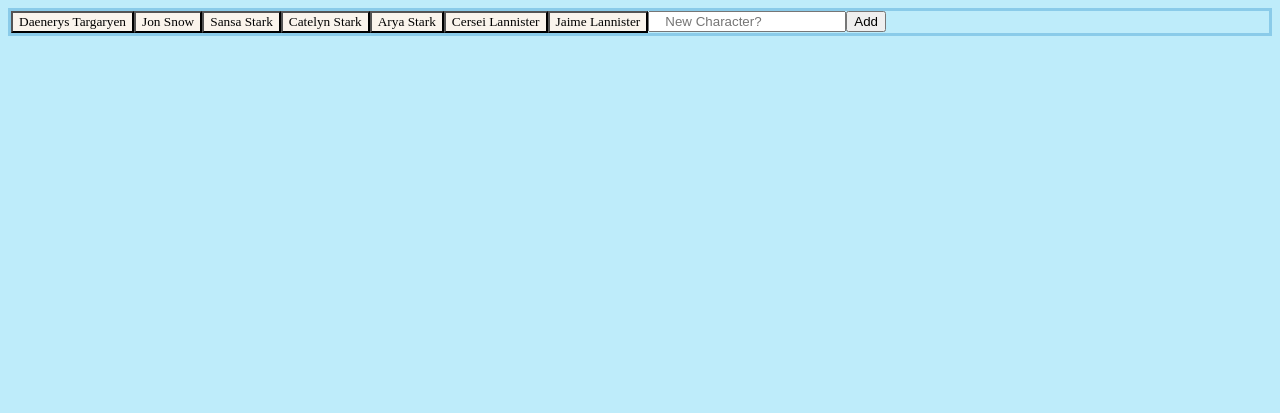
Repository: dsaftler/GifTastic
Page: index.html
These files come from the project's save history. The page is drawn as it stood at one moment and after the next save; the edit follows.
The browser window is 1280 px wide. The pictures show the whole page.
Some web libraries are served in a nearby version.

Above is the page before, as saved 2019-04-20 08:32:04.

### index.html
<!DOCTYPE html>
<html lang="en">
<head>
    <!-- meta tags -->
    <meta http-equiv="content-type" content="text/html; charset=utf-8">
    <meta name="viewport" content="width=device-width, initial-scale=1.0">
    <!-- bootstrap -->

    <!-- custom css -->
    <link rel="stylesheet" href="assets/CSS/style.css" type="text/css">

  <title>GOT Giffy?</title>
</head>
<body>
<div class="container">
  <div class="btnsDiv">
  <div class="getTopic">

    <form role="form">

      <!-- Here we create the text box for capturing the search term-->
      <div class="form-group">
        <label for="search">New Character? </label>
        <input type="text" class="form-control" id="search-term">
      </div>

      <!-- Here we capture the number of records that the user wants to retrieve  -->
      <!-- <div class="form-group">
        <label for="pwd">Number of Imagess to Retrieve:</label>
        <select id="article-count" class="custom-select" aria-labelledby="dropdownMenuButton">
          <option selected value="1">1</option>
          <!-- Setting the option for 5 as default -->
          <!-- <option value="5" selected>5</option>
          <option value="10">10</option>
        </select>
      </div> -->


      <!-- Here we have our final submit button -->
      <button type="submit" class="btn btn-default" id="run-search">
        <i class="fa fa-search"></i> Search</button>

    </form>




  </div>
  <div class="showGifs">

  </div>

  </div>

</div>
<!-- <iframe src="https://giphy.com/embed/26FmPX0RBmzdY2HmM" width="480" height="239" frameBorder="0" class="giphy-embed"
  allowFullScreen></iframe>
<p><a href="https://giphy.com/gifs/gameofthrones-game-of-thrones-hbo-26FmPX0RBmzdY2HmM">via GIPHY</a></p> -->
<!-- bootstrap scripts -->
 <script src="https://cdnjs.cloudflare.com/ajax/libs/jquery/3.2.1/jquery.min.js"></script>
<script src="https://cdnjs.cloudflare.com/ajax/libs/popper.js/1.14.7/umd/popper.min.js"
  integrity="sha384-UO2eT0CpHqdSJQ6hJty5KVphtPhzWj9WO1clHTMGa3JDZwrnQq4sF86dIHNDz0W1" crossorigin="anonymous"></script>
<script src="https://stackpath.bootstrapcdn.com/bootstrap/4.3.1/js/bootstrap.min.js"
  integrity="sha384-JjSmVgyd0p3pXB1rRibZUAYoIIy6OrQ6VrjIEaFf/nJGzIxFDsf4x0xIM+B07jRM" crossorigin="anonymous"></script>
<script src="assets/Javascript/app.js"></script>

</body>
</html>

### assets/CSS/style.css
body {
  background-image: "assets/images/ezgif.com-resize.webp";
  background-color: rgb(190, 236, 250);
  font-family: 'Metamorphous',cursive;
  font-size: 16px;

}
.btnsDiv{
  background-color: rgb(190, 236, 250);
  border: 3px solid rgb(138, 203, 233);
}
#newTopic{
  padding-left: 15px;
}
.imgBtn{
  font-family: "Metamorphous";
  font-size: 20 px;
  background-color: rgb(250, 244, 236);
  color: black;

}
.getTopic{
  float: left;
  border: 3px solid purple;
}
.gif{
  padding: 8px;
  margin: 8px;
  border: 8px groove grey;
  background-color:rgb(250, 244, 236);
}
.showGifs{
  border: 4px solid green;
}
.info{
  font-size: 12px;
}
.imgContainer{
  position: relative;
}
.infoText {
  border: 3px solid red;
  position: absolute;
  bottom: 5px;
  background-color: black;
  color: white;
  padding: 4px;
}
.favorites{
  border: 3px solid aquamarine;
}

### assets/Javascript/app.js
var topics = ["Daenerys Targaryen", "Jon Snow", "Sansa Stark", "Catelyn Stark","Arya Stark", "Cersei Lannister", "Jaime Lannister"];
// var topics = ["Jon Snow",  "Arya", "Daenerys"];
var favorites=[];
var topic, newBtn, i, btnId;
var thisImg;
var myTopic;
var nextBatchPt=0
var newTopic
var getNewTopic
// isAdd=false;
//$("button").on("click", getGif());
// $(".getTopic").hide();
$("#getMore").hide();
$(function () {
  createButtons();


});

function createButtons() {
  $(".btnsDiv").empty()
  for (let i=0; i<topics.length; i++) {
    topic=topics[i]
    // btnId ='topicbtn_' + i
    var newBtn = $('<button>' + topic + '</button>')
        .addClass('imgBtn')
        .attr("id",'topicbtn_' + i)
        .attr('onclick', 'getGif(this.textContent,0);')
       $(".btnsDiv").append(newBtn);
    };
    newTopic=$("<input/>").attr({ type: "text", id: "newTopic", placeholder: "New Character?"});

    getNewTopic =$('<button>Add</button>')
      .addClass('addBtn')
      .attr('onclick', 'addTopic($("#newTopic").val().trim());')

    $(".btnsDiv").append(newTopic);
    $(".btnsDiv").append(getNewTopic);
  }
function addTopic(newTopic){
  topics.push(newTopic);
  console.log(topics)
  createButtons();
}
function getGif(thisTopic,batchsize){
 $("#getMore").hide();
 myTopic=thisTopic
 if (batchsize>0){
   nextBatchPt = nextBatchPt+10
 }
  //alert("clicked "+myTopic );
  var queryURL = "http://api.giphy.com/v1/gifs/search?q=" +
    myTopic + "&offset="+nextBatchPt+
    "&api_key=cQ6v8TyEzI3FgHn04lpj1mdBt9i4u5n8&limit=10";
  $.ajax({
    url: queryURL,
    method: "GET"
  })
    .then(function (response) {
      // Storing an array of results in the results variable
      var results = response.data;
    console.log(results);
      showGifs(results,batchsize>0)
  });
};
function showGifs(imgSet,isAdd){

  //console.log(imgSet);
  if (!isAdd===true){
     $(".showGifs").empty();
  }else{
    $("#getMore").remove();
  };

  for (var i = 0; i < imgSet.length; i++) {

    var imgId = 'image_' + [i]
    var  newGif= $('<img />',{
        src:imgSet[i].images.fixed_height_still.url,
        "data-still": imgSet[i].images.fixed_height_still.url,
        "data-animate": imgSet[i].images.fixed_height.url,
        "data-state":"still",
        "data-url": imgSet[i].images.url,
        id:imgId,
        alt: imgSet[i].title,
        title: "Title: " + imgSet[i].title + "  Rating: " + imgSet[i].rating ,
        class: 'gif'});
        // .attr('onclick', 'getGif(this.textContent,0);')
        newGif.attr('onclick', 'changeState(this.id);')
        //#region   --- infoText
    //  newGif.attr('onclick', 'changeState();');
    // //console.log(newGif);
    //    var infoWidth=imgSet[i].images.fixed_height_still.width + 20;
    //    var infoText = $('<p class="infoText" width=infoWidth></p>');
    //    $(".infoText").text("Title: " + imgSet[i].title + '</br>'
    //     +"Rating: " + imgSet[i].rating + '</br>'
    //     + "Height:" + imgSet[i].images.fixed_height_still.height + '</br>'
    //     + "Width:" + imgSet[i].images.fixed_height_still.width+'</br>')
    // $(".info").text(infoText);
    // Setting the src attribute of the image to a property pulled off the result item
    //  console.log(infoText);
      // !the rating should be UNDER the gif
    //$(".gif").wrap("<div class='imgContainer' width=imgSet[i].images.fixed_height_still.width+20></div>")
    //$(".imgContainer").append($(".infoText"))
    //#endregion

    // Appending the paragraph and image tag to the animalDiv
   // $(".showGifs").append($(".imgContainer"));
     $(".showGifs").append(newGif);
    //  $(".showGifs").append(infoText);
    }
  // $('.gif').click(changeState());
    var getMoreBtn = $('<button>Get 10 More ?</button>')
       .attr("id", "getMore")
      .attr('onclick', 'getGif(myTopic,10);')
    $(".showGifs").append(getMoreBtn);
  };

// var imgTag = document.getElementsByClass("gif");
// imgTag.addEventListener("click", function () {
// function changeState() {
$(".gif").on("click",function() {
  var state = $(this).attr("data-state");
    if (state === "still") {
     $(this).attr("src", $(this).attr("data-animate"));
     $(this).attr("data-state", "animate");
    } else {
     $(this).attr("src", $(this).attr("data-still"));
     $(this).attr("data-state", "still");
   }
  });
function changeState(myImg) {
var state = $(this).attr("data-state");

    if (state === "still") {
      $(this).attr("src", $(this).attr("data-animate"));
      $(this).attr("data-state", "animate");
    } else {
      $(this).attr("src", $(this).attr("data-still"));
      $(this).attr("data-state", "still");
    }
 };

$(".gif").dblclick(function () {
  console.log(thisImg)
  favorites.push(thisImg);
});
//https://media3.giphy.com/media/U3CfsSrd9CbCP95h4d/200_s.gif

  //TODO add the form for input and add button

After the next save:
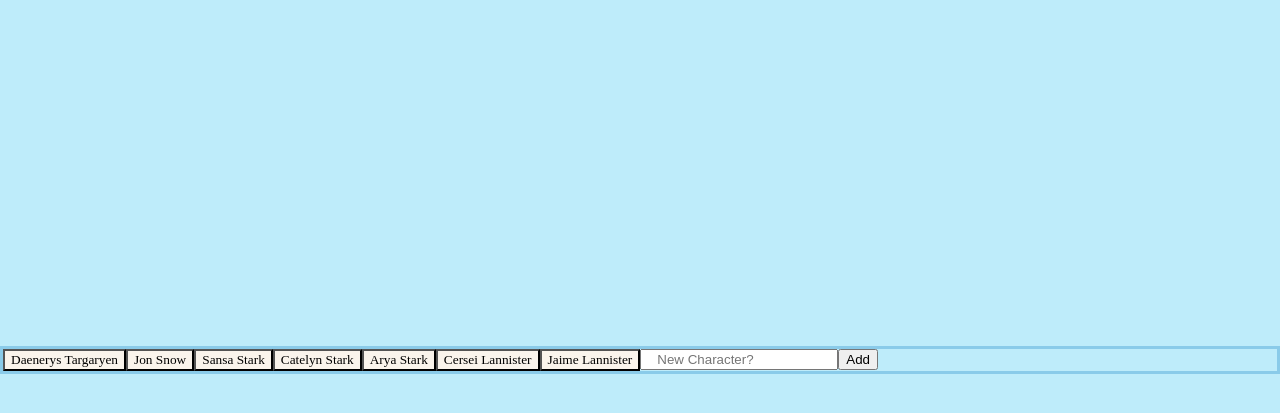
Saved 2 min 1 s later.
--- a/assets/CSS/style.css
+++ b/assets/CSS/style.css
@@ -1,4 +1,13 @@
-body {
+  html {
+    height: 100%;
+  }
+
+  body {
+    height: 100%;
+    margin: 0;
+    padding: 0;
+       margin: auto;
+       align-content: center;
   background-image: "assets/images/ezgif.com-resize.webp";
   background-color: rgb(190, 236, 250);
   font-family: 'Metamorphous',cursive;
